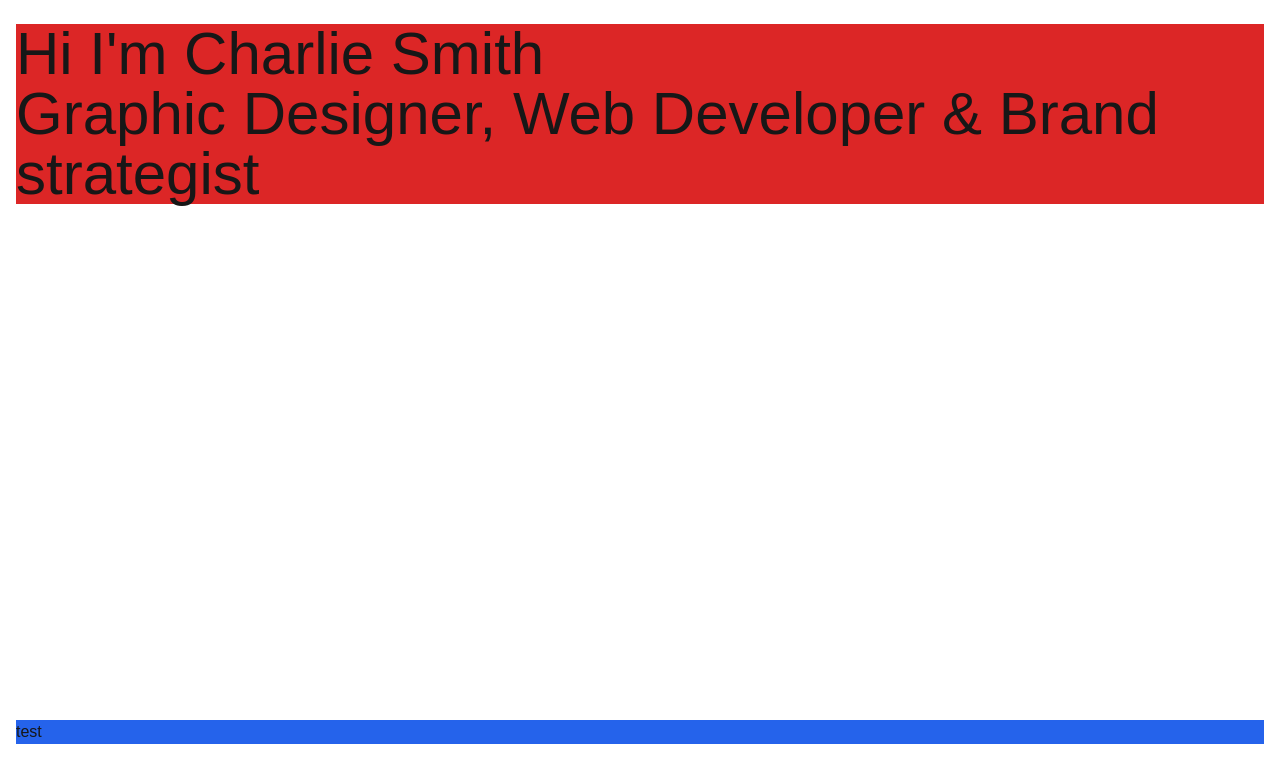
Repository: charlehs/portfolio
Page: /
The author's editor kept a copy of each file at every save. The page is drawn from the files as they stood at one save, then again after the next save.
The browser window is 1280 px wide. The pictures show the whole page.
The project was rebuilt for these pictures with package versions that can differ from the ones it lists, and the page was loaded fresh each time. The framework's server and built-in components were replaced by stand-ins that run in the browser. Also part of the build but not shown: next.config.ts.

Above is the page before, as saved 2025-01-02 16:47:48.

After the next save:
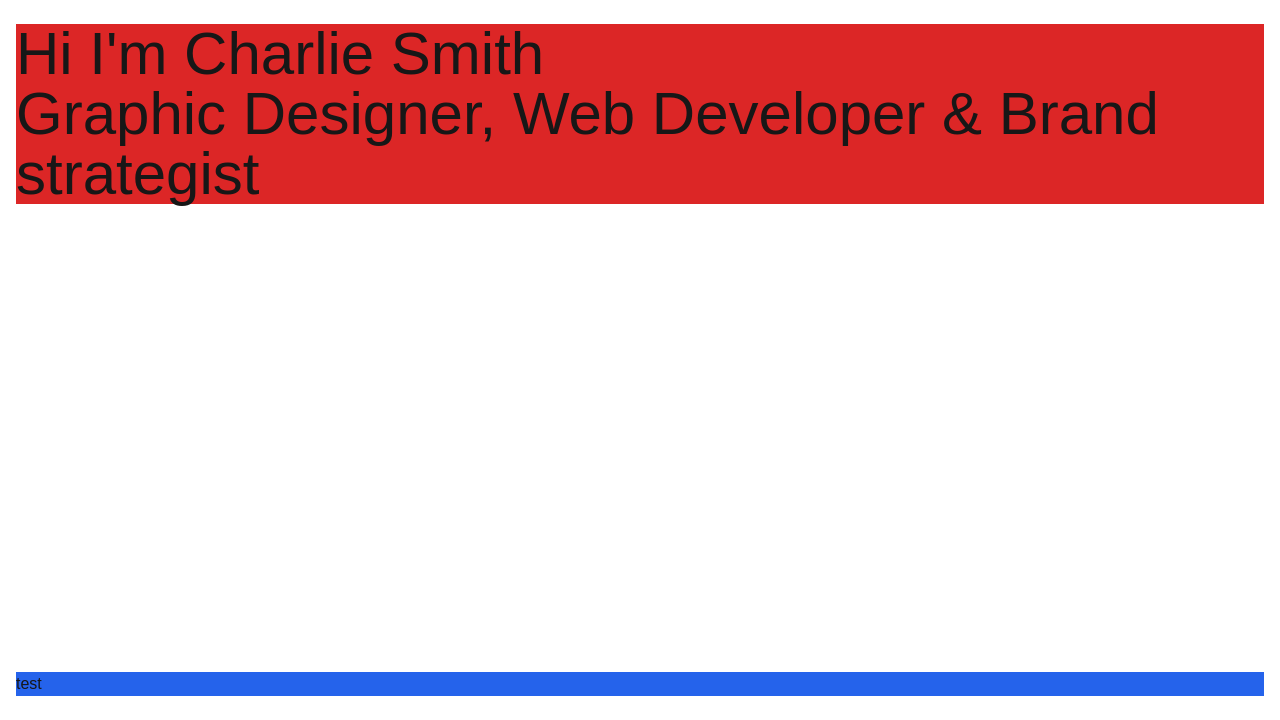
Saved 12 s later.
--- a/app/page.tsx
+++ b/app/page.tsx
@@ -2,7 +2,7 @@ import Image from "next/image";
 
 export default function Home() {
   return (
-    <div className="mx-4 my-6 flex flex-col justify-between h-screen ">
+    <div className="px-4 py-6 flex flex-col justify-between h-screen ">
       <main className=" bg-red-600">
         <p className=" text-6xl">
           Hi I'm Charlie Smith
